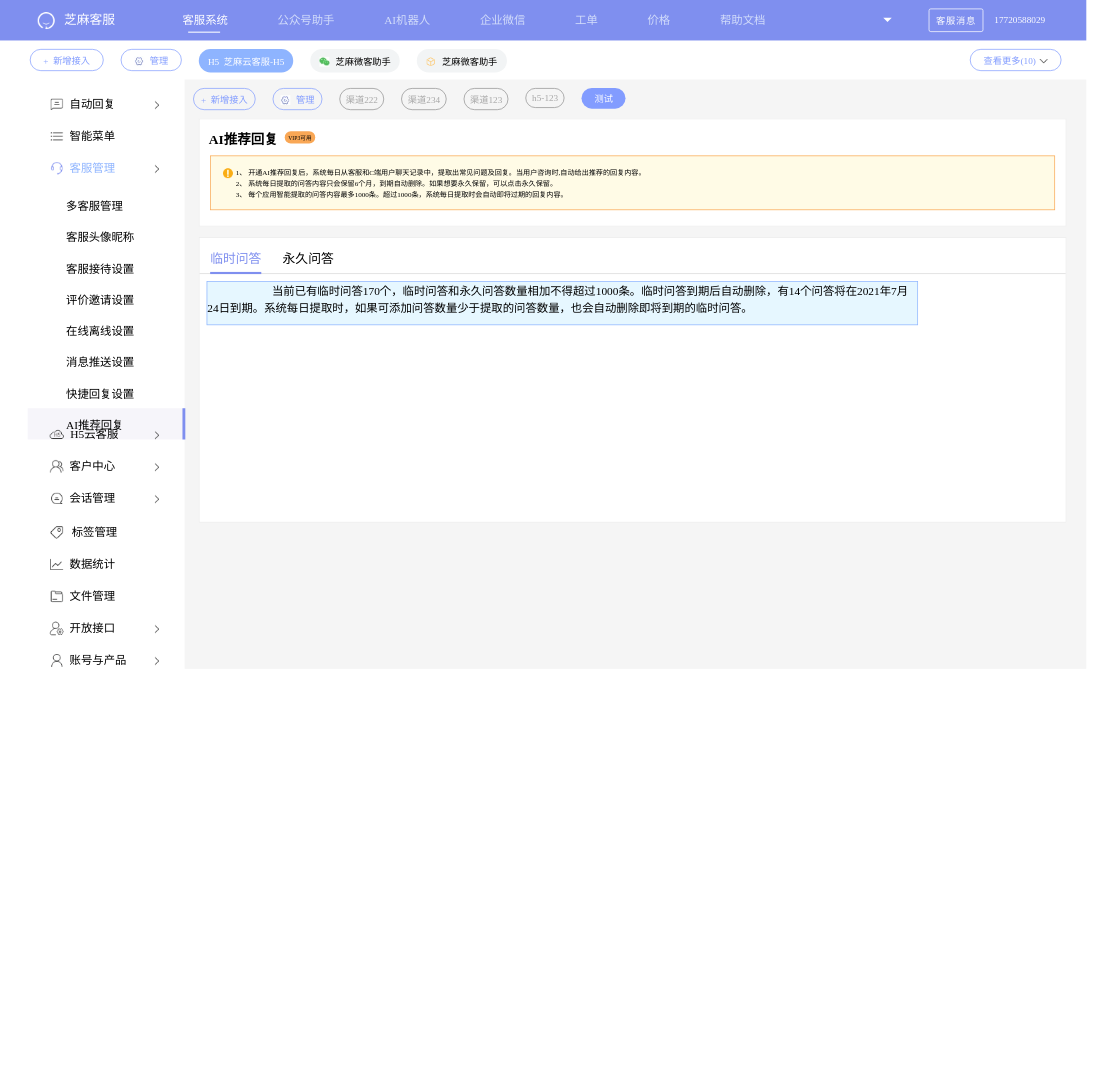
Repository: Privatexiao/projects
Page: Customer service assistant/Untitled-1.html
An editor plug-in stored every save of this project. The page is shown before and after the next save, followed by the edit.
The browser window is 1280 px wide. The page is 1560 px wide, so the pictures cover 1560 px, including what lies to the right of the window. The pictures show the whole page, at 71% of full size.

Above is the page before, as saved 2021-07-27 17:02:30.

### Customer service assistant/Untitled-1.html
<!DOCTYPE html>
<html lang="en">
    <head>
        <meta charset="UTF-8">
        <meta name="viewport" content="width=device-width, initial-scale=1.0, maximum-scale=1.0, user-scalable=0">
        <meta http-equiv="X-UA-Compatible" content="ie=edge">
        <title>Document</title>
        <link rel="stylesheet" type="text/css" href="Untitled-2.css" />
    </head>

    <body>
        <div class="body">
            <div class="head">
                <div class="head_left">
                    <img src="img/客服系统.png">
                    <span><a href="javaScript:">芝麻客服</a></span>
                </div>
                <div class="head_center">
                    <ul>
                        <li class="active"><a href="javaScript:">客服系统</a><img src="img/下划线.png"></li>
                        <li><a href="javaScript:">公众号助手</a></li>
                        <li><a href="javaScript:">AI机器人</a></li>
                        <li><a href="javaScript:">企业微信</a></li>
                        <li><a href="javaScript:">工单</a></li>
                        <li><a href="javaScript:">价格</a></li>
                        <li><a href="javaScript:">帮助文档</a></li>
                    </ul>
                </div>
                <div class="head_right">
                    <span>17720588029<div class="head_right_sjx"></div></span>
                    <span><a href="javaScript:">客服消息</a></span>
                </div>
            </div>
            <div class="navbar">
                <ul>
                    <li class="navbar_img1"><a href="javaStript:">+&nbsp;&nbsp;新增接入</a></li>
                    <li class="navbar_img1"><a href="javaStript:"><img src="img/设置.PNG">管理</a></li>
                    <li class="navbar_img2"><a href="javaStript:">H5&nbsp;&nbsp;芝麻云客服-H5</a></li>
                    <li class="navbar_img3"><a href="javaStript:"><img src="img/微信.PNG">芝麻微客助手</a></li>
                    <li class="navbar_img3"><a href="javaStript:"><img src="img/plugin_app_icon.png">芝麻微客助手</a></li>
                    <li class="navbar_right"><a href="javaStript:">查看更多(10)<img src="img/侧边栏图标/Pull down.png"></a></li>
                </ul>
            </div>
            <div class="left_body">
                <ul>
                    <li><img class="left_body_imgleft" src="img/侧边栏图标/icon-1.png">自动回复<img class="left_body_imgright" src="img/侧边栏图标/Put It away.png"></li>
                    <li><img class="left_body_imgleft" src="img/侧边栏图标/icon-2.png">智能菜单</li>
                    <li style="color: #8eb4ff;"><img class="left_body_imgleft" src="img/侧边栏图标/icon-3-active.png">客服管理<img class="left_body_imgright" src="img/侧边栏图标/Put It away.png"></li>
                    <div class="left_body_show">
                        <ul>
                            <li>多客服管理</li>
                            <li>客服头像昵称</li>
                            <li>客服接待设置</li>
                            <li>评价邀请设置</li>
                            <li>在线离线设置</li>
                            <li>消息推送设置</li>
                            <li>快捷回复设置</li>
                            <li style=" background-color: #f6f5fa;
                            border-right: 4px solid#7f8fef;">AI推荐回复</li>
                        </ul>
                    </div>
                    <li><img class="left_body_imgleft" src="img/侧边栏图标/icon-4.png">H5云客服<img class="left_body_imgright" src="img/侧边栏图标/Put It away.png"></li>
                    <li><img class="left_body_imgleft" src="img/侧边栏图标/icon-5.png">客户中心<img class="left_body_imgright" src="img/侧边栏图标/Put It away.png"></li>
                    <li><img class="left_body_imgleft" src="img/侧边栏图标/icon-12.png">会话管理<img class="left_body_imgright" src="img/侧边栏图标/Put It away.png"></li>
                    <li><img class="left_body_imgleft" src="img/侧边栏图标/icon-6.png">标签管理</li>
                    <li><img class="left_body_imgleft" src="img/侧边栏图标/icon-7.png">数据统计</li>
                    <li><img class="left_body_imgleft" src="img/侧边栏图标/icon-8.png">文件管理</li>
                    <li><img class="left_body_imgleft" src="img/侧边栏图标/icon-9.png">开放接口<img class="left_body_imgright" src="img/侧边栏图标/Put It away.png"></li>
                    <li><img class="left_body_imgleft" src="img/侧边栏图标/icon-10.png">账号与产品<img class="left_body_imgright" src="img/侧边栏图标/Put It away.png"></li>

                </ul>
            </div>
            <div class="right_body">
                <div class="right_body_ztl">
                    <ul>
                        <li class="right_body_ztlimg"><a href="javaStript:">+&nbsp;&nbsp;新增接入</a></li>
                        <li class="right_body_ztlimg"><a href="javaStript:"><img src="img/设置.PNG">管理</a></li>
                        <li class="right_body_ztlimg1"><a href="javaStript:">渠道222</a></li>
                        <li class="right_body_ztlimg1"><a href="javaStript:">渠道234</a></li>
                        <li class="right_body_ztlimg1"><a href="javaStript:">渠道123</a></li>
                        <li class="right_body_ztlimg1"><a href="javaStript:">h5-123</a></li>
                        <li class="right_body_ztlimg2"><a href="javaStript:">测试</a></li>
                    </ul>
                </div>
                <div class="right_body_AI">
                    <div class="right_body_AIbt">
                        <p>AI推荐回复</p><span>VIP3可用</span>
                    </div>
                    <div class="right_body_AInr">
                        <img src="img/提示感叹号.png">
                        <p>1、 开通AI推荐回复后，系统每日从客服和C端用户聊天记录中，提取出常见问题及回复。当用户咨询时,自动给出推荐的回复内容。</p>
                        <p>2、 系统每日提取的问答内容只会保留6个月，到期自动删除。如果想要永久保留，可以点击永久保留。</p>
                        <p>3、 每个应用智能提取的问答内容最多1000条。超过1000条，系统每日提取时会自动即将过期的回复内容。</p>
                    </div>
                </div>

                <div class="right_body_body">
                    <div class="temporary">
                        <p><a href="javaStript:">临时问答</a></p><span><a href="javaSctipt:">永久问答</a></span>
                    </div>
                    <div class="temporary_warning">
                        <p>当前已有临时问答<span>170</span>个，临时问答和永久问答数量相加不得超过1000条。临时问答到期后自动删除，有<em>14</em>个问答将在<em>2021年7月24日</em>到期。系统每日提取时，如果可添加问答数量少于提取的问答数量，也会自动删除即将到期的临时问答。
                        </p>
                    </div>
                    <!-- <div class="btn">
                        <input type="text" name="" placeholder="请输入问答内容进行搜索">
                        <input type="datetime" name="" placeholder="请选择到期时间筛选">
                        <button type="button" name="" value="新增">新增</button>
                        <button type="button" name="" value="批量删除">批量删除</button>
                        <button type="button" name="" value="批量设为永久">批量设为永久</button>
                    </div> -->
                </div>
            </div>

        </div>
    </body>

</html>

### Customer service assistant/Untitled-2.css
/* 全局配置 */
a{
    color: rgb(34, 34, 34);
    text-decoration: none;
}
ul,ol{
    list-style: none;
}
em{
    font-style: normal;
}
*{
    margin: 0;
    padding: 0;
}
.body{
    min-width: 1530px;
    width: 1530px;
    height: 1500px;
}

/* 状态栏 */
.body .head{
    width: 100%;
    height: 57px;
    background-color: #7f8fef;
}
/* 芝麻客服 */
.head .head_left a{
    margin-right: 60px;
    line-height: 57px;
    font-size: 18px;
    float: left;
    color: white;
}
/* 芝麻客服图片 */
.head .head_left img{
    position: relative;
    top: 14px;
    left: -10px;
    float: left;
    margin-left:60px;

}
/* 客服系统 */
.head .head_center .active a{
    color: white;
}
/* 客服系统下划线 */
.head .head_center .active img{
    position: absolute;
    width: 45px;
    top: 22px;
    left: 265px;
}
/* 客服系统状态栏 */
.head .head_center a{
    color: #d2dcfa;
    font-size: 16px;
    float: left;
    line-height: 57px;
    margin: 0 35px;
}
.head .head_right{
    margin-right: 50px;
}

/* 账号数字 */
.head .head_right span,a{
    font-size: 15px;
    float: right;
    font-size: 13px;
    line-height: 57px;
    color: white;
    margin-right: 8px;
}

/* 客服消息 */
.head .head_right span a{
    letter-spacing: 1px;
    line-height: normal;
    font-size: 13px;
    margin-top: 12px;
    padding: 6px 9px;
    border-radius: 3px;
    border: 1px solid white;
}
/* 账号右边三角形 */
.head .head_right span .head_right_sjx{
    position:absolute;
    top: 25px;
    right: 24px;
    border: 6px solid transparent;
    border-bottom: none;
    border-top-color: rgb(255, 255, 255);
}
.head a:hover{
    color: white;
}

/* 二级状态栏 */
.navbar{
    height: 55px;
    width: 100%;
    float: left;
    margin-left: 30px;
}

.navbar ul a{
    line-height: normal;
    color: black;
    float: left;
    margin: 12px;
    border-radius: 30px;
}
.navbar ul .navbar_img1 a{
    padding: 5px 18px;
    color: #829cff;
    border: 1px solid #829cff;
}
.navbar ul .navbar_img2 a{
    padding: 7px 13px;
    background-color: #8eb4ff;
    color: white;
}
.navbar ul .navbar_img3 a{
    padding: 7px 13px;
    color: black;
    background-color: #f2f4f5;
}
.navbar ul .navbar_img1 img,.navbar_img3 img{
    width: 14px;
    height: 14px;
    position: relative;
    top: 3px;
    margin-right: 8px;
}
.navbar ul .navbar_right a{
    margin-right: 65px;
    float: right;
    padding: 5px 18px;
    color: #829cff;
    border: 1px solid #829cff;
}
.navbar ul .navbar_right img{
    margin-left: 5px;
}


/* 左边竖目录 */
.left_body{
    float: left;
    width: 175px;
    height: 1080px;
    background-color: #ffffff;
    position: relative;
}
.left_body ul li{
    margin: 20px 0;
    text-align: left;
    position: relative;
    left: 70px;
}
.left_body ul li .left_body_imgleft{
    position: relative;
    top: 5px;
    margin-right: 8px;
}
.left_body ul li .left_body_imgright{
    position: absolute;
    right: 20px;
    margin-top: 10px;
}
.left_body ul li:hover{
    color: #7f8fef;
    cursor: pointer;
}

.left_body .left_body_show{
    height: 310px;
}
.left_body .left_body_show li{
    margin: 0;
    padding: 10px 54px;
    position: relative;
    left: 39px;
    width: 110px;
}

.left_body .left_body_show li:hover{
    background-color: #f6f5fa;
    border-right: 4px solid#7f8fef;
}


/* 右边主体第一个标题栏 */
.body .right_body{
    height: 830px;
    width: 1270px;
    float: left;
    margin-left: 85px;
    background-color: #f5f5f5;
}
.right_body .right_body_ztl ul a{
    line-height: normal;
    color: black;
    float: left;
    margin: 12px;
    border-radius: 30px;
}
.right_body .right_body_ztl ul .right_body_ztlimg a{
    padding: 5px 10px;
    color: #829cff;
    border: 1px solid #829cff;
}
.right_body .right_body_ztl ul .right_body_ztlimg1 a{
    padding: 5px 8px;
    color: #a7a7a7;
    border: 1px solid #8f8f8f;
}
.right_body .right_body_ztl ul .right_body_ztlimg2 a{
    padding: 5px 18px;
    color: #ffffff;
    background-color: #829cff;
}
.right_body .right_body_ztl ul .right_body_ztlimg img{
    width: 14px;
    height: 14px;
    position: relative;
    top: 3px;
    margin-right: 8px;
}

/* AI推荐回复 */
.right_body .right_body_AI{
    height: 150px;
    width: 1220px;
    float: left;
    margin-left: 20px;
    background-color: #ffffff;
    position: relative;
    border: 1px solid#ebebeb;
}
.right_body .right_body_AI .right_body_AIbt{
    width: 200px;
    height: 50px;
    position: relative;
}
.right_body .right_body_AI .right_body_AIbt>p{
    font-weight: bold;
    color: black;
    float: left;
    font-size: 19px;
    padding: 5px;
    margin: 8px;
}
.right_body .right_body_AI .right_body_AIbt span{
    border-radius: 30px;
    background-color: #f9a755;
    padding: 3px 5px;
    float: left;
    font-size: 8px;
    position:absolute;
    top: 17px;
    left: 120px;
}
.right_body .right_body_AI .right_body_AInr img{
    position: absolute;
    top: 66px;
    left: 30px;
}
.right_body .right_body_AI .right_body_AInr{
    padding: 15px 35px;
    margin: 1px 15px;
    font-size: 10px;
    background-color: #fffbe6;
    border: 1px solid #f9a755;
}


/* 临时问答 */
.right_body_body{
    height: 400px;
    width: 1220px;
    float: left;
    margin-top: 15px;
    margin-left: 20px;
    background-color: #ffffff;
    border: 1px solid#ebebeb;
}
.right_body_body .temporary{
    height: 50px;
    border-bottom: 1px solid#d8d8d8;
}
.right_body_body .temporary a{
    float: left;
    color: black;
    font-size: 18px;
    margin: 15px;
    line-height: normal;
}
/* 控制临时问答的颜色 */
.right_body_body .temporary p> a{
    color: #7f8fef;
    height: 33px;
    border-bottom: 3px solid #7f8fef;
}
/* 控制临时问答和永久问答的鼠标切换颜色 */
.right_body_body .temporary a:hover{
    color: #7f8fef;
    height: 33px;
    border-bottom: 3px solid #7f8fef;
}

.right_body_body .temporary_warning{
    background-color: #e6f7ff;
    width: 1000px;
    height: 60px;
    border: 1px solid #8eb4ff;
    margin: 10px 10px;
}

After the next save:
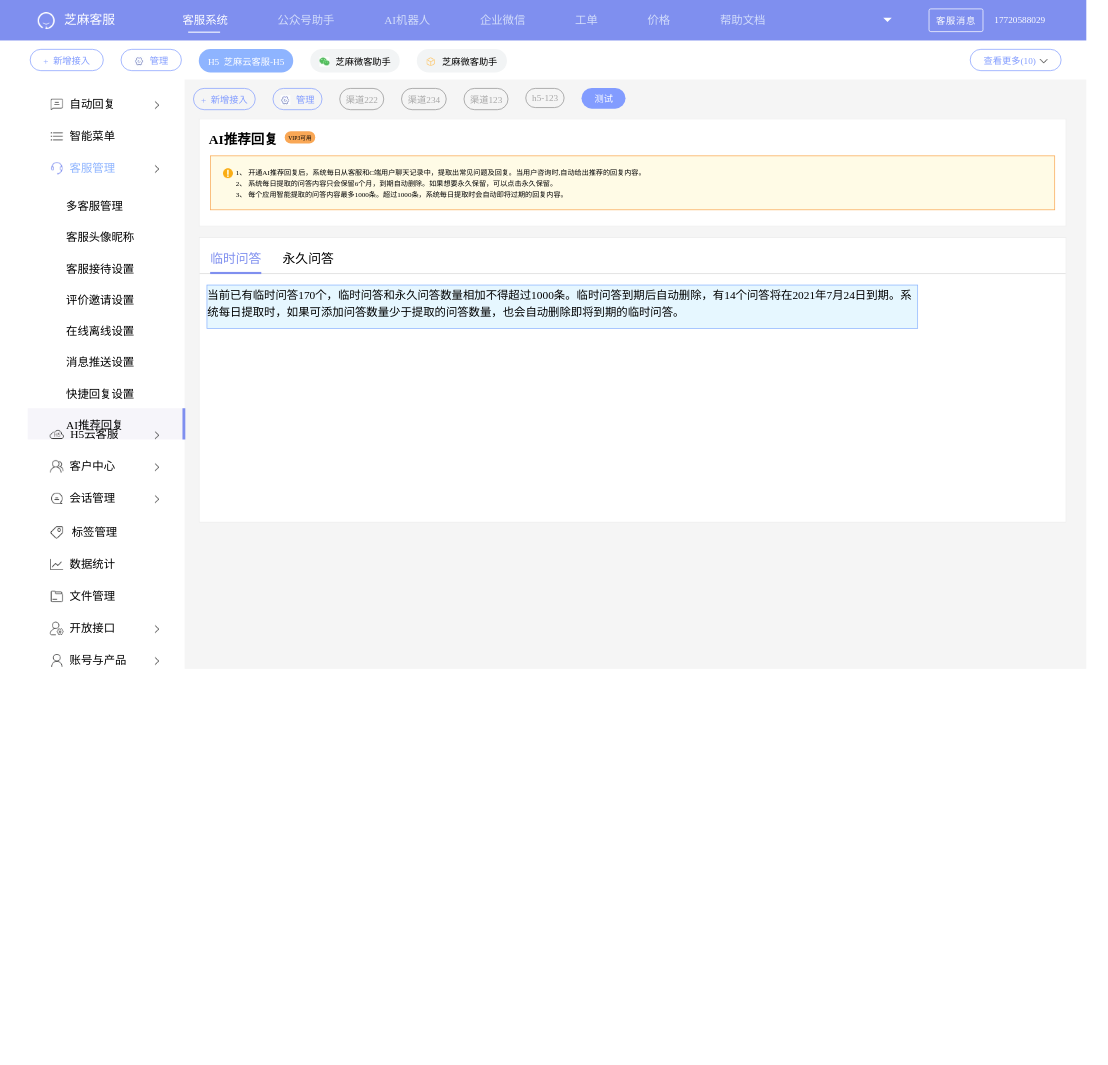
Saved 7 s later.
--- a/Customer service assistant/Untitled-2.css
+++ b/Customer service assistant/Untitled-2.css
@@ -317,5 +317,5 @@ em{
     width: 1000px;
     height: 60px;
     border: 1px solid #8eb4ff;
-    margin: 10px 10px;
-}
+    margin: 15px 10px;
+}
